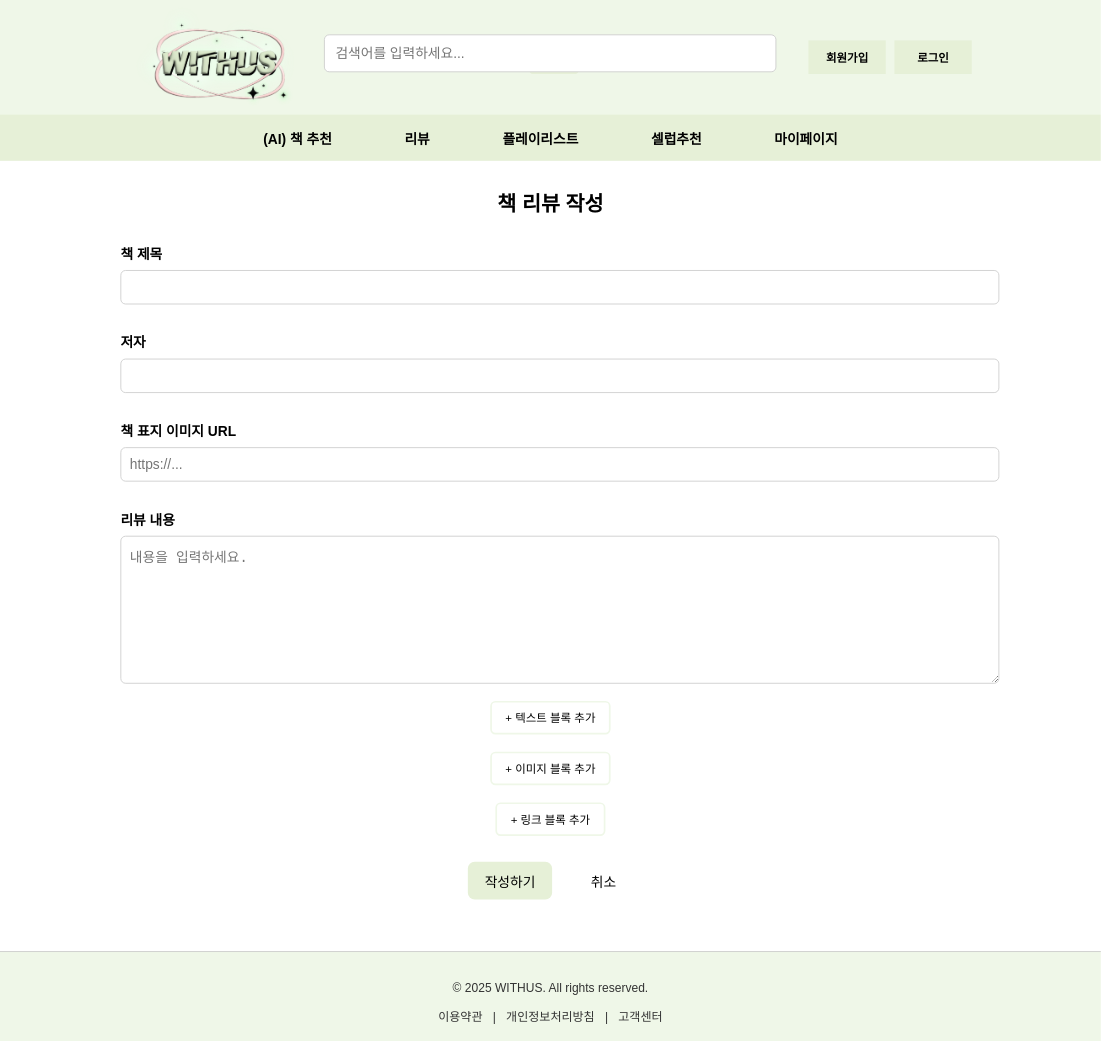
Repository: book-recommendation-team/book_recommendation_web_project
Page: http://localhost/2025_teamproject/reviewForm.jsp
These files come from the project's save history. The page is drawn as it stood at one moment and after the next save; the edit follows.
The browser window is 1280 px wide. The pictures show the whole page, at 86% of full size.
The page is served by Tomcat 9.

Above is the page before, as saved 2025-07-03 03:52:52.

After the next save:
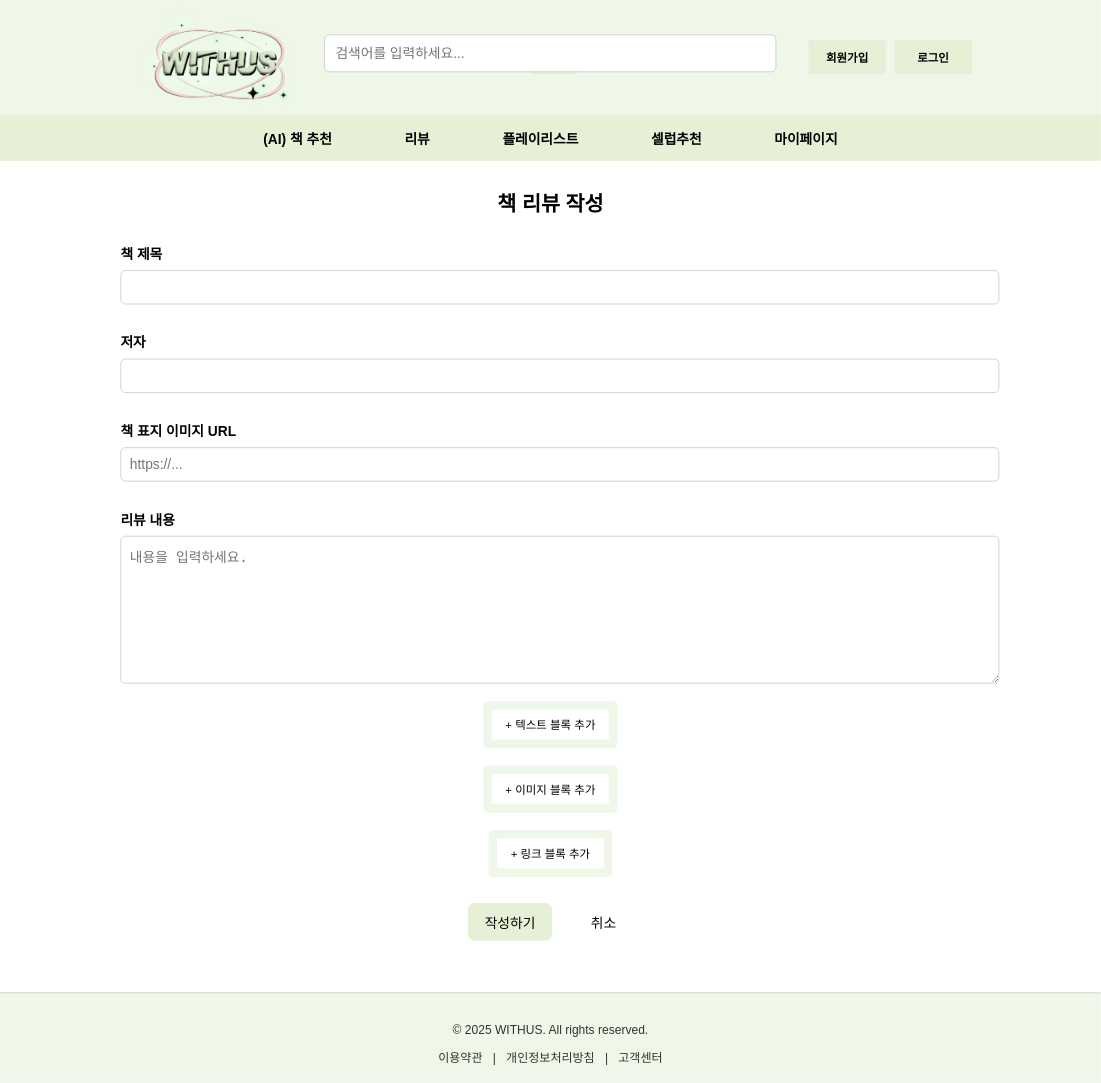
Saved 12 s later.
--- a/2025_teamproject/src/main/webapp/reviewForm.jsp
+++ b/2025_teamproject/src/main/webapp/reviewForm.jsp
@@ -78,7 +78,7 @@ textarea {
 	border-radius: 6px;
 	background-color: #fff;
 	color: black;
-	border: 2px solid #eff7e8;
+	border: 10px solid #eff7e8;
 	cursor: pointer;
 }
 </style>
